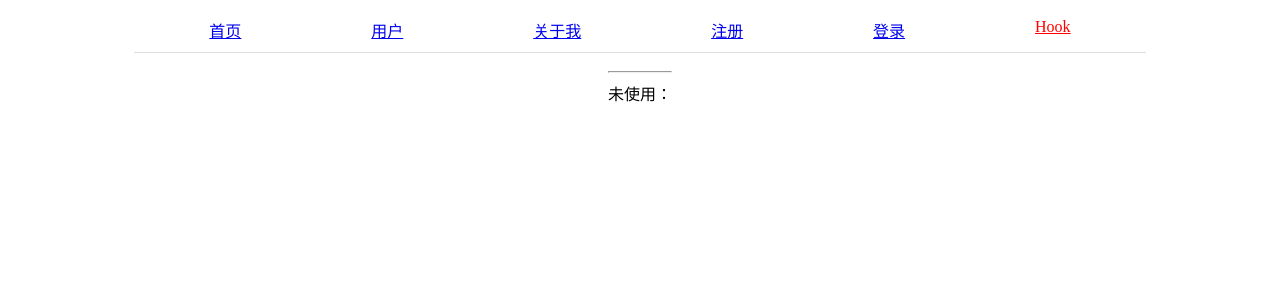
Repository: shellingfordly/js-library-Demo
Page: /hook (app in demo/react/demo/)
An editor plug-in stored every save of this project. The page is shown before and after the next save, followed by the edit.
The browser window is 1280 px wide. The pictures show the whole page.
The project was rebuilt for these pictures with package versions that can differ from the ones it lists, and the page was loaded fresh each time. Also part of the build but not shown: demo/react/demo/src/views/home/components/UseReducer.js, demo/react/demo/src/views/home/components/SetTimeout.js, demo/react/demo/src/views/home/hook/context.js, demo/react/demo/src/views/home/components/context/useContext.js, demo/react/demo/src/views/home/components/context/contextType.js, demo/react/demo/src/views/home/components/context/consumer.js, demo/react/demo/src/views/home/utils/highComponent.js, demo/react/demo/src/views/home/Home.js and 13 more.

Above is the page before, as saved 2021-01-17 22:50:20.

After the next save:
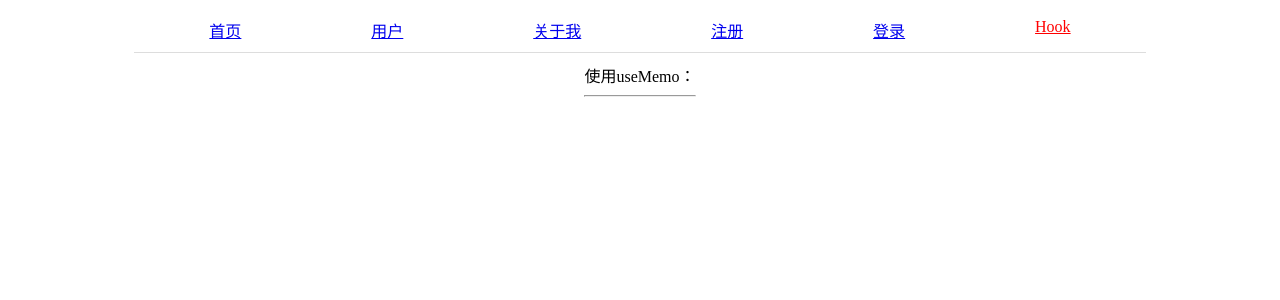
Saved 5 s later.
--- a/demo/react/demo/src/views/HookComponent/index.js
+++ b/demo/react/demo/src/views/HookComponent/index.js
@@ -4,9 +4,9 @@ import {useFunComponent,} from './components/useMemo'
 export default function HookComponent(){
   return (
     <div>
-      {/* 使用useMemo：<useMemoComponent /> */}
+      使用useMemo：<useMemoComponent />
       <hr/>
-      未使用：<useFunComponent/>
+      {/* 未使用：<useFunComponent/> */}
     </div>
   )
 }
